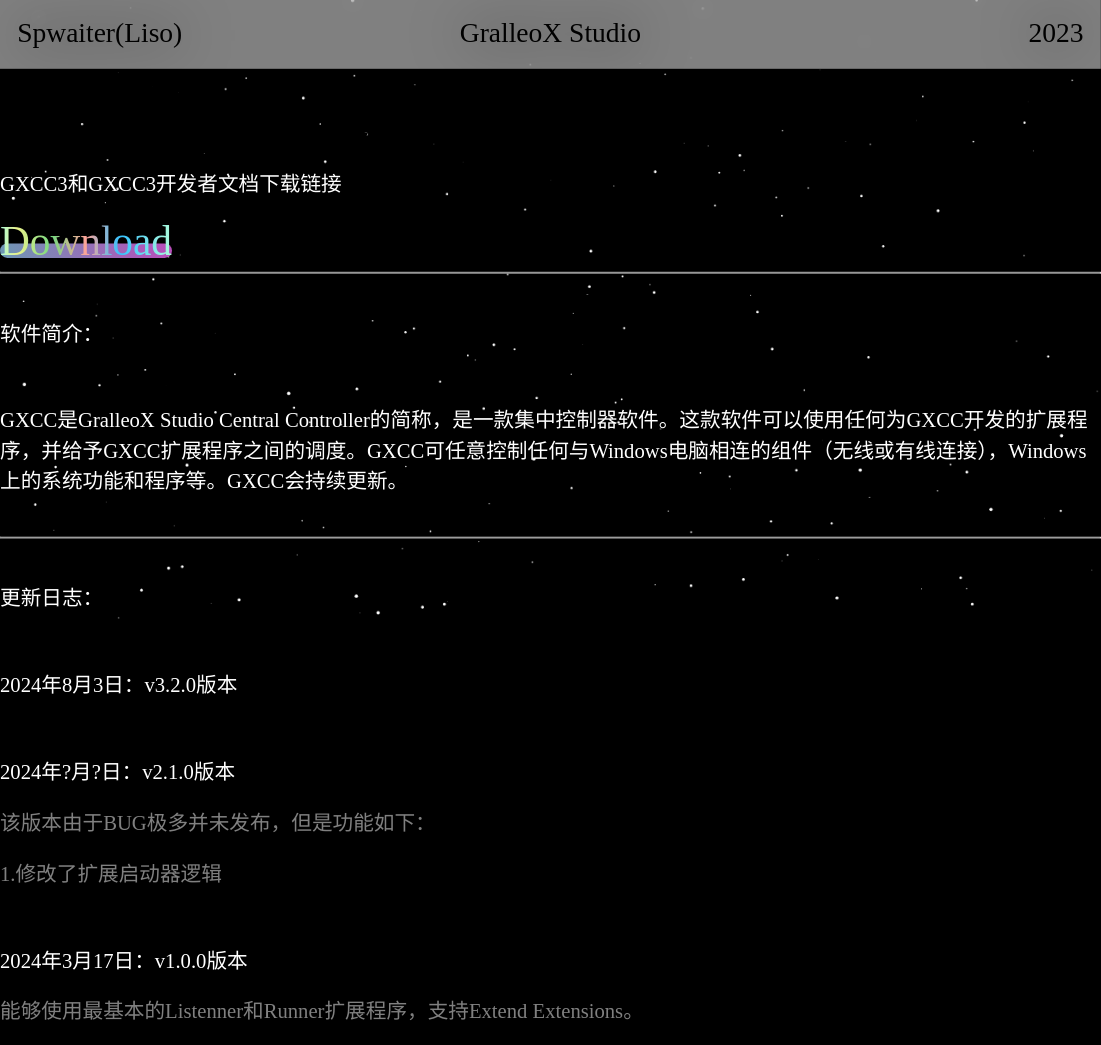
Repository: Lisu-Liso/page
Page: GXCC/index.html
An editor plug-in stored every save of this project. The page is shown before and after the next save, followed by the edit.
The browser window is 1280 px wide. The pictures show the whole page, at 86% of full size.

Above is the page before, as saved 2024-08-04 08:54:07.

### GXCC/index.html
<!DOCTYPE html>
<html lang="zh">
    <head>
        <meta http-equiv="Content-Type" content="text/html;charset=utf-8">
        <title>GXCC - GralleoX Studio</title>
        <link rel="stylesheet" type="text/css" href="./header.css">
        <link rel="stylesheet" type="text/css" href="./orientation.css">
        <link rel="shortcut icon" href="./GralleoX logo v2 web.ico">
        <style>
            body{
                overflow        : scroll;
                background-color: black;
                top             : 0;
                bottom          : 0;
                left            : 0;
                right           : 0;
                margin-top      : 100px;
                margin-bottom   : 0;
                margin-left     : 0;
                margin-right    : 0;
                user-select     : none;
            }
            ::-webkit-scrollbar{display: none;}
            .getin_screen{
                position        : fixed;
                top             : 0;
                bottom          : 0;
                left            : 0;
                right           : 0;
                background-color: rgba(0,0,0,0);
                color           : rgba(0,0,0,0);
                animation       : getinanimation 4s ease-in-out;
                text-align      : center;
                display         : table-cell;
            }
            @keyframes getinanimation{
                0% {
                    background-color       : rgba(255,255,255,1);
                    color                  : black;
                    backdrop-filter        : blur(15px);
                    -webkit-backdrop-filter: blur(15px);
                }
                40% {
                    background-color       : rgba(255,255,255,0.5);
                    color                  : black;
                    backdrop-filter        : blur(15px);
                    -webkit-backdrop-filter: blur(15px);
                }
                70% {
                    background-color       : rgba(255,255,255,0.5);
                    color                  : black;
                    backdrop-filter        : blur(15px);
                    -webkit-backdrop-filter: blur(15px);
                }
                100% {
                    background-color       : rgba(0,0,0,0);
                    color                  : rgba(0,0,0,0);
                    backdrop-filter        : blur(0px);
                    -webkit-backdrop-filter: blur(0px);
                }
            }
            .download_block{
                position               : fixed;
                top                    : 100px;
                left                   : 100px;
                right                  : 100px;
                bottom                 : 100px;
                margin-top             : 10px;
                margin-left            : 10px;
                margin-right           : 10px;
                margin-bottom          : 10px;
                background-color       : rgba(255,255,255,0.5);
                backdrop-filter        : blur(15px);
                -webkit-backdrop-filter: blur(15px);
                border-radius          : 100px;
                box-shadow             : 0 20px 50px rgba(0,0,0,0.2);
            }
            @keyframes blockout{
                0% {
                    background-color       : rgba(255,255,255,0);
                    backdrop-filter        : blur(0px);
                    -webkit-backdrop-filter: blur(0px);
                    box-shadow             : 0 20px 50px rgba(0,0,0,0);
                    opacity                : 0;
                }
                100% {
                    background-color       : rgba(255,255,255,0.5);
                    backdrop-filter        : blur(15px);
                    -webkit-backdrop-filter: blur(15px);
                    box-shadow             : 0 20px 50px rgba(0,0,0,0.2);
                    opacity                : 1;
                }
            }
            @keyframes blockquite{
                0% {
                    background-color       : rgba(255,255,255,0.5);
                    backdrop-filter        : blur(15px);
                    -webkit-backdrop-filter: blur(15px);
                    box-shadow             : 0 20px 50px rgba(0,0,0,0.2);
                    opacity                : 1;
                }
                100% {
                    background-color       : rgba(255,255,255,0);
                    backdrop-filter        : blur(0px);
                    -webkit-backdrop-filter: blur(0px);
                    box-shadow             : 0 20px 50px rgba(0,0,0,0);
                    opacity                : 0;
                }
            }
            .header-float{
                position: fixed;
                top     : 0;
                left    : 0;
                right   : 0;
                width   : 100%;
            }
            .black_board{
                position               : fixed;
                top                    : 80px;
                left                   : 0;
                right                  : 0;
                bottom                 : 0;
                margin-top             : 0;
                margin-left            : 0;
                margin-right           : 0;
                margin-bottom          : 0;
                backdrop-filter        : blur(15px);
                -webkit-backdrop-filter: blur(15px);
                background-color       : rgba(0,0,0,0.3);
            }
            @keyframes boardout{
                0% {
                    backdrop-filter        : blur(0px);
                    -webkit-backdrop-filter: blur(0px);
                    background-color       : rgba(0,0,0,0);
                }
                100% {
                    backdrop-filter        : blur(15px);
                    -webkit-backdrop-filter: blur(15px);
                    background-color       : rgba(0,0,0,0.3);
                }
            }
            @keyframes boardquite{
                0% {
                    backdrop-filter        : blur(15px);
                    -webkit-backdrop-filter: blur(15px);
                    background-color       : rgba(0,0,0,0.3);
                }
                100% {
                    backdrop-filter        : blur(0px);
                    -webkit-backdrop-filter: blur(0px);
                    background-color       : rgba(0,0,0,0);
                }
            }
            .newbutton{
                background   : linear-gradient(75deg,rgba(145, 202, 240, 0.75),rgba(248, 102, 248, 0.75));
                border-radius: 20px;
                text-align   : center;
                cursor       : pointer;
            }
            :root {
                --rainbow-gradient: linear-gradient(-90deg,#adfbda 0,#35c3ff 30%,#fda399 50%,#76d880 70%,#ebf38b 90%,#adfbda 100%);
            }
            .article-header--title {
                background-image       : var(--rainbow-gradient,#fff);
                background-size        : 100%;
                background-repeat      : repeat;
                background-clip        : text;
                -webkit-background-clip: text;
                -webkit-text-fill-color: transparent;
                -moz-background-clip   : text;
                -moz-text-fill-color   : transparent;
                filter                 : drop-shadow(0 0 2rpx #000);
                text-shadow            : none!important;
                cursor                 : pointer;
            }
            a{
                text-decoration: none;
            }
            font{
                cursor : default;
            }
            .backgroundimage{
                position: fixed;
                top     : 0;
                left    : 0;
                right   : 0;
                width   : 100%;
                height  : 100%;
                z-index: -1;
            }
            .normaltext{
                font-size: 18pt;
                color:white;
            }
        </style>
    </head>
    <body>
        <canvas id="bgCanvas" class="backgroundimage"></canvas>
        <script>
            // 获取画布
            var canvas = document.getElementById('bgCanvas');
            var ctx = canvas.getContext('2d');

            // 设置画布尺寸与窗口大小一致
            canvas.width = window.innerWidth;
            canvas.height = window.innerHeight;

            // 创建一个数组用于存储星星的信息
            var stars = [];

            // 创建星星对象
            function Star(x, y, radius, color, speed) {
                this.x = x;
                this.y = y;
                this.radius = radius;
                this.color = color;
                this.speed = speed;
            }

            // 初始化星星
            function init() {
                for (var i = 0; i < 200; i++) {
                    var x = Math.random() * canvas.width;
                    var y = Math.random() * canvas.height;
                    var radius = Math.random() * 2;
                    var color = 'white';
                    var speed = Math.random() * 0.5;

                    stars.push(new Star(x, y, radius, color, speed));
                }
            }

            // 绘制星星
            function drawStars() {
                ctx.clearRect(0, 0, canvas.width, canvas.height);

                for (var i = 0; i < stars.length; i++) {
                    var star = stars[i];

                    ctx.beginPath();
                    ctx.arc(star.x, star.y, star.radius, 0, Math.PI * 2);
                    ctx.fillStyle = star.color;
                    ctx.fill();
                }
            }

            // 更新星星位置
            function updateStars() {
                for (var i = 0; i < stars.length; i++) {
                    var star = stars[i];

                    star.x += star.speed;

                    if (star.x > canvas.width) {
                        star.x = 0;
                    }
                }
            }

            // 动画循环
            function animate() {
                requestAnimationFrame(animate);

                drawStars();
                updateStars();
            }

            // 初始化并启动动画
            init();
            animate();
        </script>
        <div style="text-align:center;top:0;left:0;right:0;"><font size="7">这里是GXCC中文官网！</font></div>
        <p class="normaltext">GXCC3和GXCC3开发者文档下载链接</p>
        <a class="newbutton" onclick="join_us()"><font class="article-header--title" size="7">Download</font></a>
        <div class="black_board" id="bb"></div>
        <div class="download_block" id="download_block">
            <div style="text-align: center">
                <a class="newbutton" onclick="close_download_block()"><font class="article-header--title" size="7">点击关闭此框</font></a>
            </div>
            <div style="margin-left: 1cm;">
                <font size="7" color="black">这里是下载链接（最新版本）</font>
                <br>
                <font size="7" color="grey">历史版本</font>
                <font size="7" color="red">暂时</font>
                <font size="7" color="grey">不支持下载</font>
                <br>
                <font class="normaltext" color="red">如果杀毒软件报告有病毒请忽略，此软件已经经过Microsoft Defender检测，360纯属误报。</font>
                <br>
                <a class="normaltext" href="https://github.com/Lisu-Liso/GXCC/releases/tag/GXCC3">Link</a>
            </div>
        </div>
        <hr/>
        <br>
        <p class="normaltext">软件简介：</p>
        <br>
        <p class="normaltext">GXCC是GralleoX Studio Central Controller的简称，是一款集中控制器软件。这款软件可以使用任何为GXCC开发的扩展程序，并给予GXCC扩展程序之间的调度。GXCC可任意控制任何与Windows电脑相连的组件（无线或有线连接），Windows上的系统功能和程序等。GXCC会持续更新。</p>
        <br>
        <hr/>
        <br>
        <p class="normaltext">更新日志：</p>
        <br>
        <p class="normaltext">2024年8月3日：v3.2.0版本</p>
        <p class="normaltext" style="color: grey;"></p>
        <br>
        <p class="normaltext">2024年?月?日：v2.1.0版本</p>
        <p class="normaltext" style="color: grey;">该版本由于BUG极多并未发布，但是功能如下：</p>
        <p class="normaltext" style="color: grey;">1.修改了扩展启动器逻辑</p>
        <br>
        <p class="normaltext">2024年3月17日：v1.0.0版本</p>
        <p class="normaltext" style="color: grey;">能够使用最基本的Listenner和Runner扩展程序，支持Extend Extensions。</p>
        <div class="headerblock">
            <div class="centertext"><font size="6">GralleoX Studio</font></div>
            <div class="lefttext"><font size="6">Spwaiter(Liso)</font></div>
            <div class="righttext"><font size="6">2023</font></div>
        </div>
        <div class="getin_screen" id="getin">
            <font size="7" id="getintext">网站正在加载，请稍后...</font>
        </div>
    </body>
    <script type="text/javascript">
        let t = document.getElementById("download_block");
        t.style.display = "none";

        t = document.getElementById("bb");
        t.style.display = "none";
    </script>
    <script type="text/javascript">
        setTimeout(function(){
            let t = document.getElementById("getintext");
            t.innerHTML = "网站加载完毕，即将进入网站。";
            setTimeout(function(){
                let t = document.getElementById("getin");
                t.style.display = "none";
            },2000);
        },2000);
        function join_us(){
            let t = document.getElementById("download_block");
            t.style.display = "block";
            t.style.animation = "blockout 0.5s ease-in-out";

            t = document.getElementById("bb");
            t.style.display = "block";
            t.style.animation = "boardout 0.5s ease-in-out";
        }
        function close_download_block(){
            let t = document.getElementById("download_block");
            t.style.animation = "blockquite 0.5s ease-in-out";

            t = document.getElementById("bb");
            t.style.animation = "boardquite 0.5s ease-in-out";
            setTimeout(function(){
                let t = document.getElementById("download_block");
                t.style.display = "none";

                t = document.getElementById("bb");
                t.style.display = "none";
            },500);
        }
    </script>
</html>

### GXCC/header.css
.headerblock{
    position               : fixed;
    top                    : 0px;
    left                   : 0px;
    right                  : 0px;
    margin-top             : 0px;
    margin-left            : 0px;
    margin-right           : 0px;
    width                  : 100%;
    height                 : 80px;
    background-color       : rgba(255,255,255,0.5);
    backdrop-filter        : blur(10px);
    -webkit-backdrop-filter: blur(10px);
    box-shadow             : 0 20px 50px rgba(0,0,0,0.2);
    align-items            : center;
}
.centertext{
    position    : fixed;
    top         : 0;
    left        : 0;
    right       : 0;
    margin-top  : 20px;
    margin-left : 20px;
    margin-right: 20px;
    text-align  : center;
    filter      : drop-shadow(0 0 2rem #000);
    text-shadow : none!important;
    color       : black;
}
.lefttext{
    position    : fixed;
    top         : 0;
    left        : 0;
    right       : 0;
    margin-top  : 20px;
    margin-left : 20px;
    margin-right: 20px;
    text-align  : left;
    filter      : drop-shadow(0 0 2rem #000);
    text-shadow : none!important;
    color       : black;
}
.righttext{
    position    : fixed;
    top         : 0;
    left        : 0;
    right       : 0;
    margin-top  : 20px;
    margin-left : 20px;
    margin-right: 20px;
    text-align  : right;
    filter      : drop-shadow(0 0 2rem #000);
    text-shadow : none!important;
    color       : black;
}

### orientation.css
i{
    border: solid black;
    border-width: 0 3px 3px 0;
    display: inline-block;
    padding: 3px;
}
.right{
    transform: rotate(-45deg);
    -webkit-transform: rotate(-45deg);
}

.left{
    transform: rotate(135deg);
    -webkit-transform: rotate(135deg);
}

.up{
    transform: rotate(-135deg);
    -webkit-transform: rotate(-135deg);
}

.down{
    transform: rotate(45deg);
    -webkit-transform: rotate(45deg);
}

After the next save:
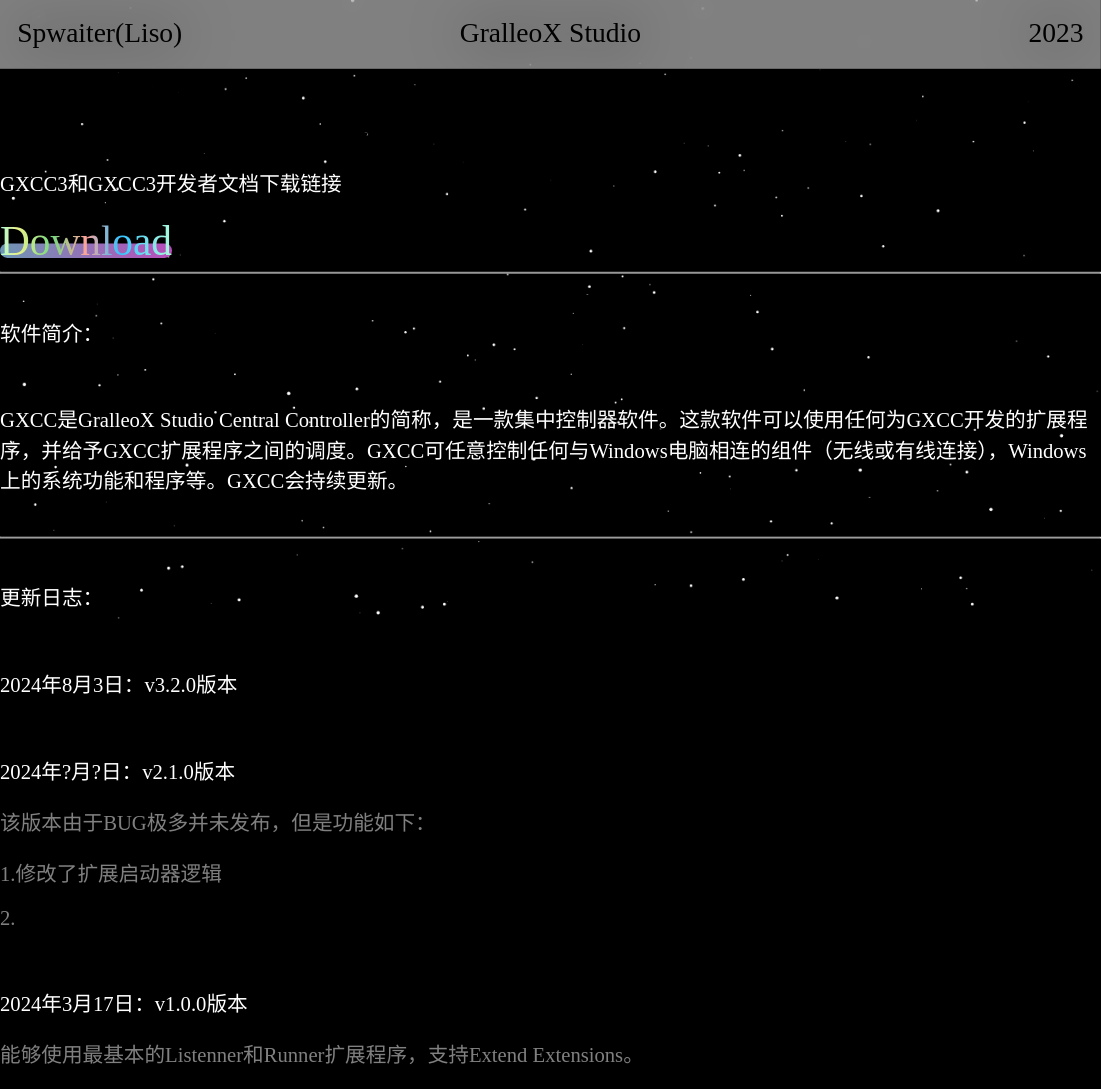
Saved 6 s later.
--- a/GXCC/index.html
+++ b/GXCC/index.html
@@ -306,6 +306,7 @@
         <p class="normaltext">2024年?月?日：v2.1.0版本</p>
         <p class="normaltext" style="color: grey;">该版本由于BUG极多并未发布，但是功能如下：</p>
         <p class="normaltext" style="color: grey;">1.修改了扩展启动器逻辑</p>
+        <p class="normaltext" style="color: grey;">2.</p>
         <br>
         <p class="normaltext">2024年3月17日：v1.0.0版本</p>
         <p class="normaltext" style="color: grey;">能够使用最基本的Listenner和Runner扩展程序，支持Extend Extensions。</p>
